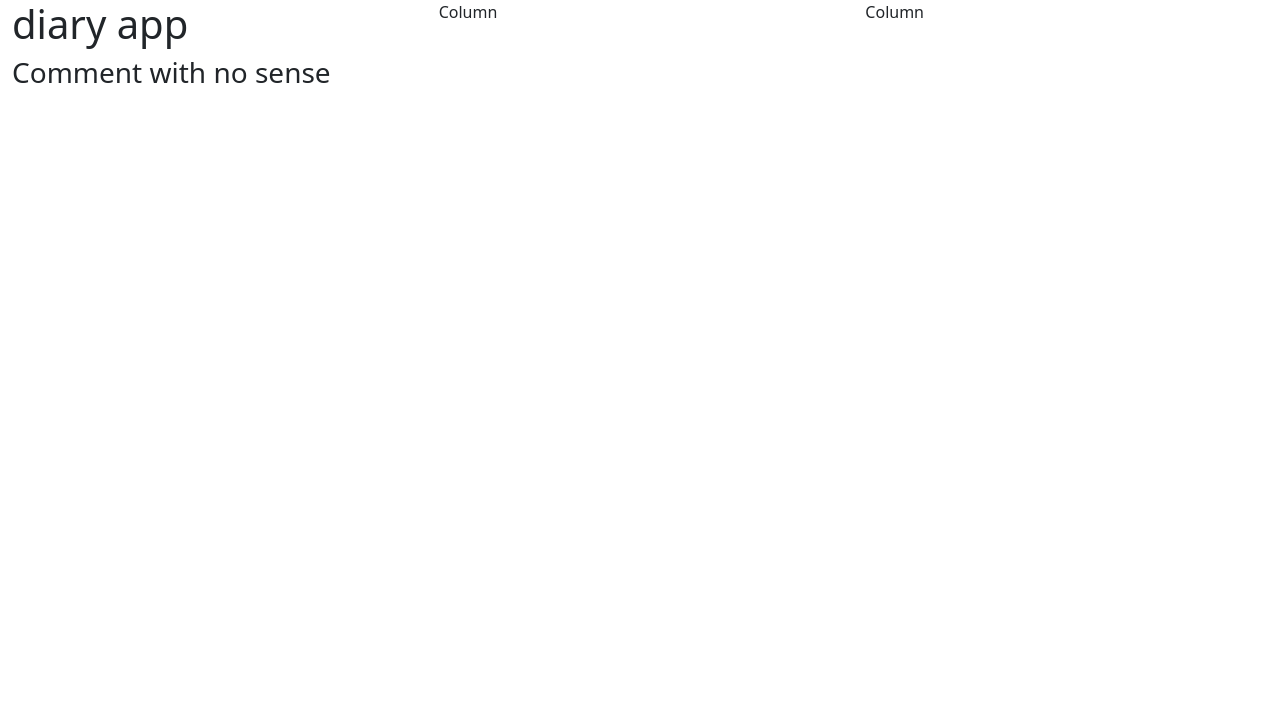
Repository: tsydikov/diary
Page: /
An editor plug-in stored every save of this project. The page is shown before and after the next save, followed by the edit.
The browser window is 1280 px wide. The pictures show the whole page.
The project was rebuilt for these pictures with package versions that can differ from the ones it lists, and the page was loaded fresh each time.

Above is the page before, as saved 2021-09-10 18:49:12.

After the next save:
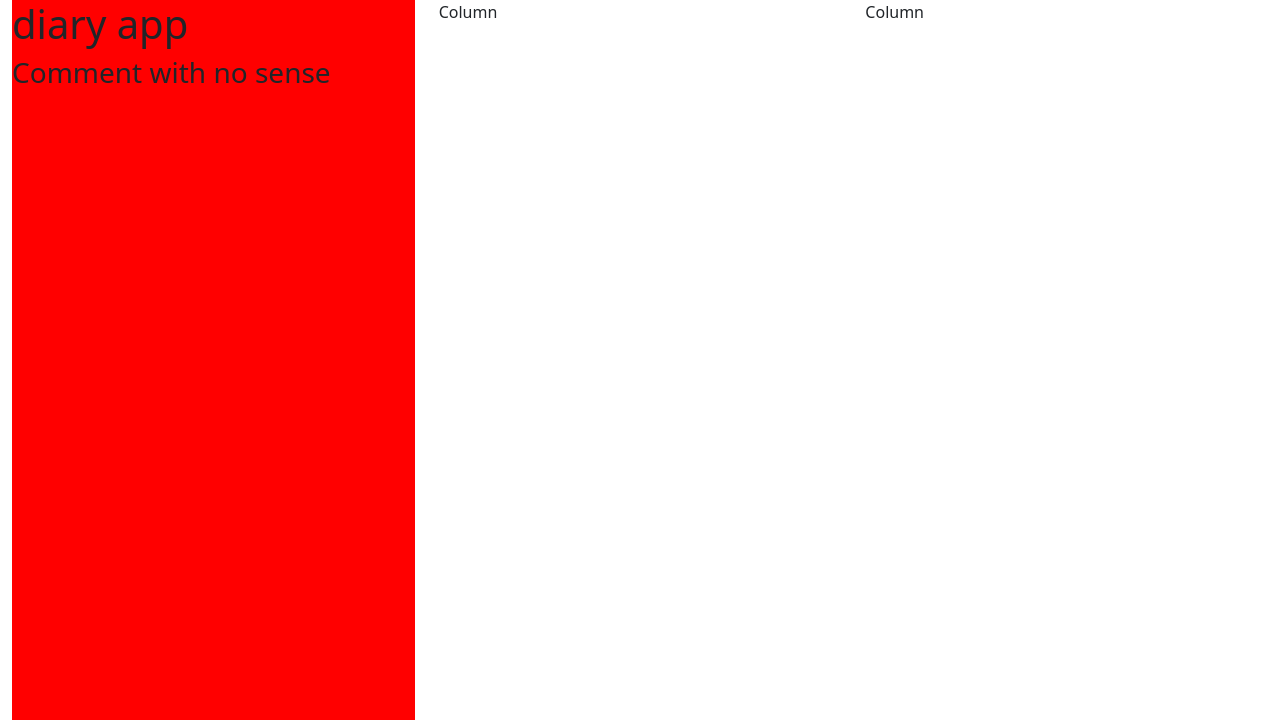
Saved 7 s later.
--- a/src/UI/Navbar/Navbar.jsx
+++ b/src/UI/Navbar/Navbar.jsx
@@ -3,7 +3,7 @@
 
 const Navbar = () => {
     return (
-        <div className={cl.container}>
+        <div className={cl.container} style={{background:'red'}}>
             <h1>diary app</h1>
             <h3>Comment with no sense</h3>
         </div>

After the save that followed:
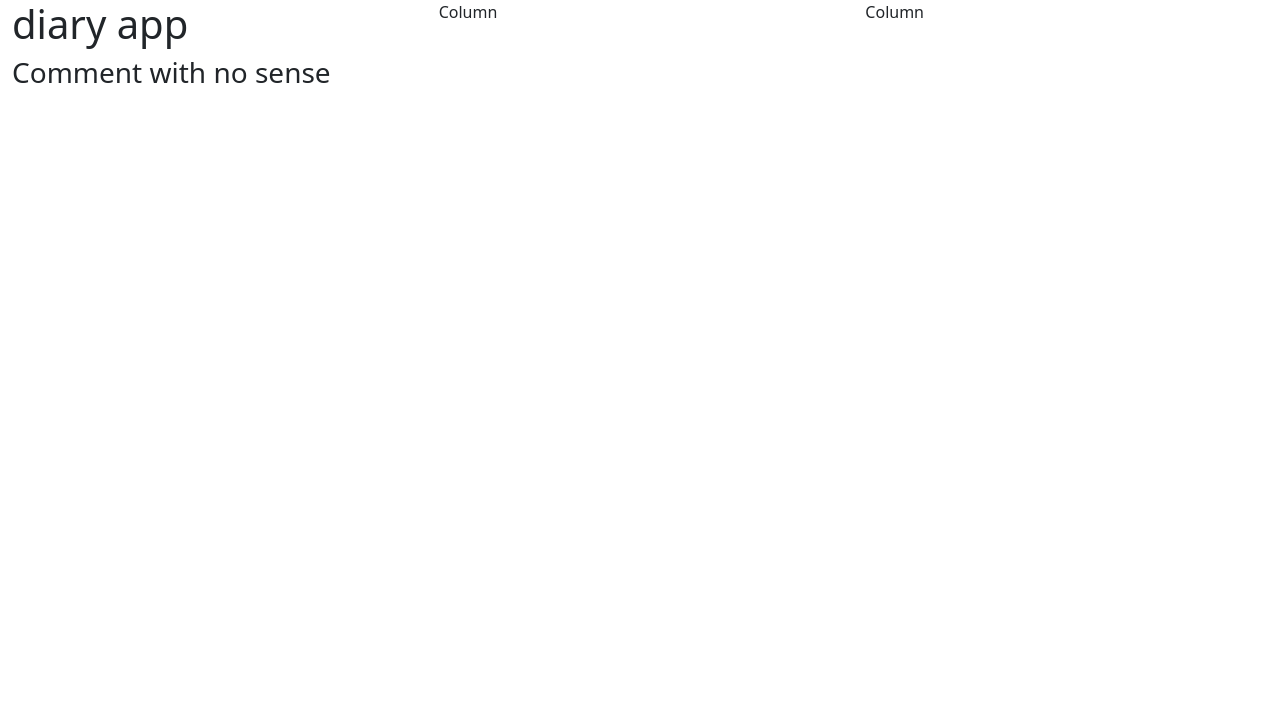
Saved 9 s later.
--- a/src/UI/Navbar/Navbar.jsx
+++ b/src/UI/Navbar/Navbar.jsx
@@ -1,9 +1,9 @@
 import React from 'react';
 import cl from './Navbar.module.css'
-
+// style={{background:'red'}}
 const Navbar = () => {
     return (
-        <div className={cl.container} style={{background:'red'}}>
+        <div className={cl.container} >
             <h1>diary app</h1>
             <h3>Comment with no sense</h3>
         </div>
